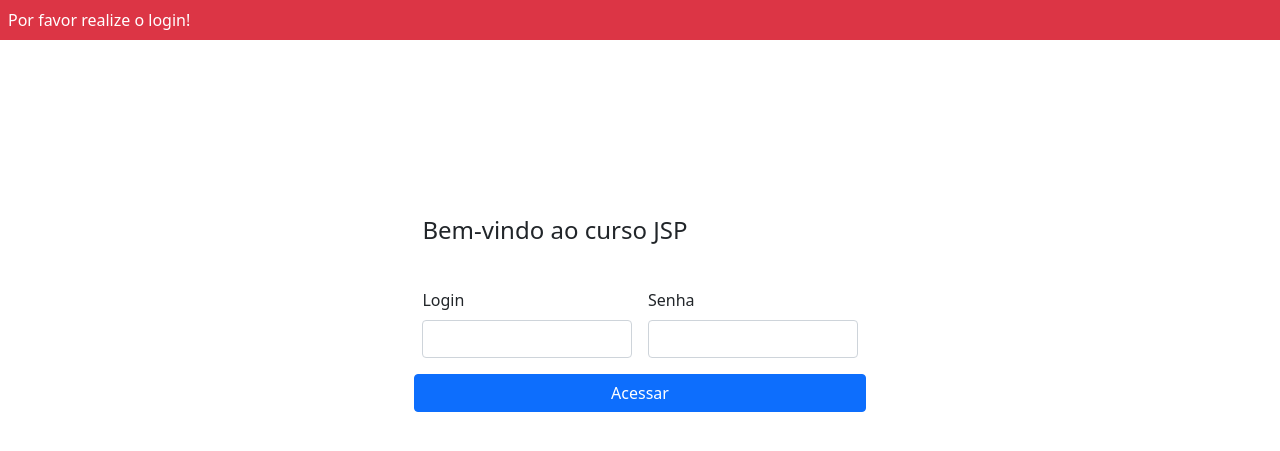
Repository: wdnzs/EstudoJSP
Page: http://localhost/curso-jsp/principal/erro.jsp
The author's editor kept a copy of each file at every save. The page is drawn from the files as they stood at one save, then again after the next save.
The browser window is 1280 px wide. The pictures show the whole page.
The page is served by Tomcat 9. Other server files are loaded and not shown.

Above is the page before, as saved 2021-09-07 03:39:44.

### curso-jsp/src/main/webapp/index.jsp
<%@ page language="java" contentType="text/html; charset=ISO-8859-1"
	pageEncoding="ISO-8859-1"%>
<!DOCTYPE html>

<html lang="en">

<head>
<meta charset="ISO-8859-1">
<meta name="viewport" content="width=device-width, initial-scale=1">
<link
	href="https://cdn.jsdelivr.net/npm/bootstrap@5.0.2/dist/css/bootstrap.min.css"
	rel="stylesheet"
	integrity="sha384-EVSTQN3/azprG1Anm3QDgpJLIm9Nao0Yz1ztcQTwFspd3yD65VohhpuuCOmLASjC"
	crossorigin="anonymous">
<title>Curso JSP</title>

<style type="text/css">
form {
	position: absolute;
	top: 40%;
	left: 33%;
	right: 33%;
}

h4 {
	position: absolute;
	top: 30%;
	left: 33%;
}

.msg{
	position: absolute;
	top: 60%;
	left: 33%;
	font-size: 15px;
	color: #664d03
	background-color: #fff3cd;
	border-color: #ffecb5;
}
</style>

</head>

<body>

	<h4>Bem-vindo ao curso JSP</h4>

	<form action="<%=request.getContextPath()%>/ServletLogin" method="post"	class="row g-3 needs-validation" novalidate>
		<input type="hidden" value="<%=request.getParameter("url")%>" name="url">

		<div class="col-md-6">
			<label for="validationCustom01" class="form-label">Login</label>
			<input class="form-control"	name="login" type="text" id="validationCustom01" required>
			<div class="valid-feedback">OK</div>
			<div class="invalid-feedback">Por favor, insira senha.</div>
		</div>

		<div class="col-md-6">
			<label for="validationCustom02" class="form-label">Senha</label>
			<input class="form-control"	name="senha" type="password" required="required">
			<div class="valid-feedback">OK</div>
			<div class="invalid-feedback">Por favor, insira senha.</div>
		</div>

		<input type="submit" value="Acessar" class="btn btn-primary">

	</form>

	<div class="p-2 mb-2 bg-danger text-white">${msg}</div>



	<script
		src="https://cdn.jsdelivr.net/npm/bootstrap@5.0.2/dist/js/bootstrap.bundle.min.js"
		integrity="sha384-MrcW6ZMFYlzcLA8Nl+NtUVF0sA7MsXsP1UyJoMp4YLEuNSfAP+JcXn/tWtIaxVXM"
		crossorigin="anonymous"></script>
	<script type="text/javascript">
		// Example starter JavaScript for disabling form submissions if there are invalid fields
		(function() {
			'use strict'

			// Fetch all the forms we want to apply custom Bootstrap validation styles to
			var forms = document.querySelectorAll('.needs-validation')

			// Loop over them and prevent submission
			Array.prototype.slice.call(forms).forEach(function(form) {
				form.addEventListener('submit', function(event) {
					if (!form.checkValidity()) {
						event.preventDefault()
						event.stopPropagation()
					}

					form.classList.add('was-validated')
				}, false)
			})
		})()
	</script>
</body>
</html>

After the next save:
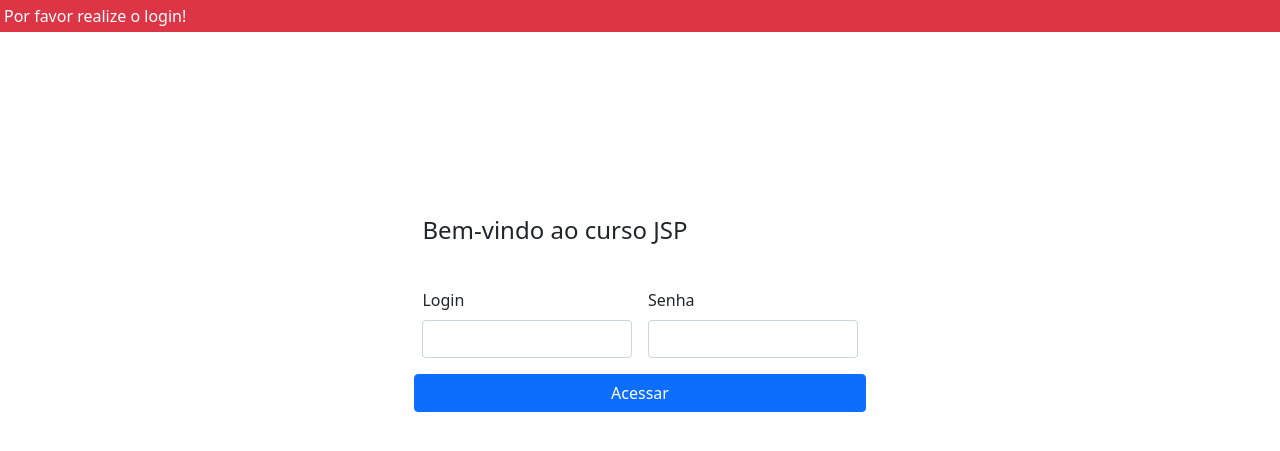
Saved 19 s later.
--- a/curso-jsp/src/main/webapp/index.jsp
+++ b/curso-jsp/src/main/webapp/index.jsp
@@ -66,7 +66,7 @@ h4 {
 
 	</form>
 
-	<div class="p-2 mb-2 bg-danger text-white">${msg}</div>
+	<div class="p-1 mb-1 bg-danger text-white">${msg}</div>
 
 
 
